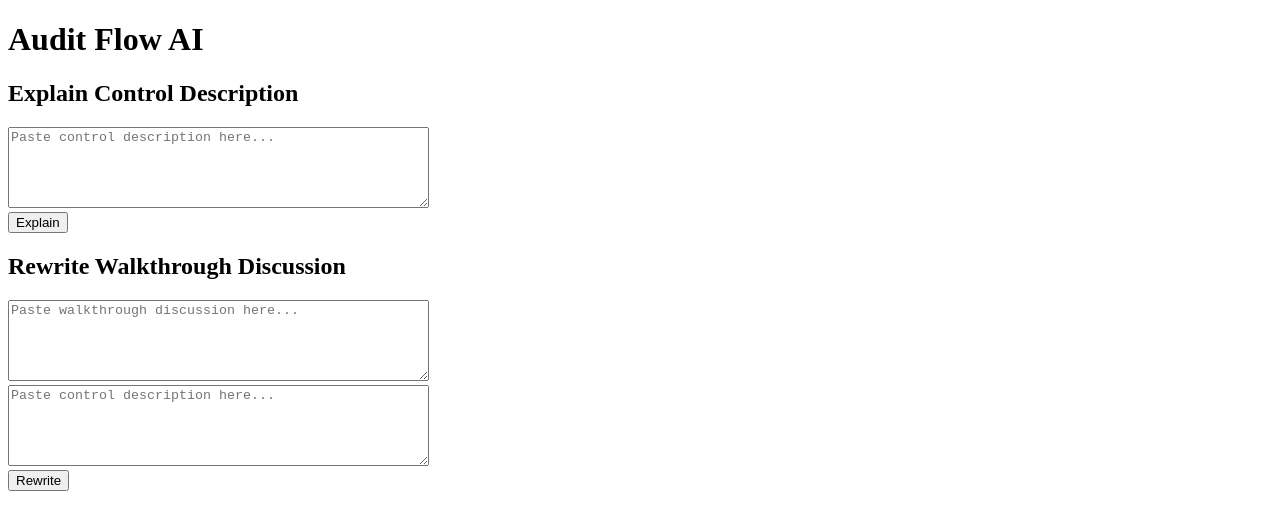
Repository: Adeolaode0/Audit-Flow-AI
Page: http://localhost/
An editor plug-in stored every save of this project. The page is shown before and after the next save, followed by the edit.
The browser window is 1280 px wide. The pictures show the whole page.
The page is served by the project's application, run on Flask 3 (app.py).

Above is the page before, as saved 2025-07-11 00:46:48.

### templates/index.html
<!-- filepath: /Users/developer/Desktop/Programing /My Applications/Audit Flow AI/templates/index.html -->

<!DOCTYPE html>
<html lang="en">
<head>
    <meta charset="UTF-8">
    <meta name="viewport" content="width=device-width, initial-scale=1.0">
    <title>Audit Flow AI</title>
</head>
<body>
    <h1>Audit Flow AI</h1>

    <section>
        <h2>Explain Control Description</h2>
        <textarea id="control-description" rows="5" cols="50" placeholder="Paste control description here..."></textarea><br>
        <button onclick="explainControl()">Explain</button>
        <p id="explanation-result"></p>
    </section>

    <section>
        <h2>Rewrite Walkthrough Discussion</h2>
        <textarea id="walkthrough-discussion" rows="5" cols="50" placeholder="Paste walkthrough discussion here..."></textarea><br>
        <textarea id="control-description-rewrite" rows="5" cols="50" placeholder="Paste control description here..."></textarea><br>
        <button onclick="rewriteWalkthrough()">Rewrite</button>
        <p id="rewrite-result"></p>
    </section>

    <script>
        async function explainControl() {
            const controlDescription = document.getElementById("control-description").value;
            const response = await fetch("/api/explain", {
                method: "POST",
                headers: { "Content-Type": "application/json" },
                body: JSON.stringify({ control_description: controlDescription })
            });
            const result = await response.json();
            document.getElementById("explanation-result").innerText = result.explanation || result.error;
        }

        async function rewriteWalkthrough() {
            const controlDescription = document.getElementById("control-description-rewrite").value;
            const walkthroughDiscussion = document.getElementById("walkthrough-discussion").value;
            const response = await fetch("/api/rewrite-walkthrough", {
                method: "POST",
                headers: { "Content-Type": "application/json" },
                body: JSON.stringify({ control_description: controlDescription, walkthrough_discussion: walkthroughDiscussion })
            });
            const result = await response.json();
            document.getElementById("rewrite-result").innerText = result.narrative || result.error;
        }
    </script>
</body>
</html>

### app.py
from flask import Flask, request, jsonify, render_template
import openai
import os
from dotenv import load_dotenv

# Load environment variables
load_dotenv()
openai.api_key = os.getenv("OPENAI_API_KEY")

app = Flask(__name__)

@app.route("/")
def index():
    return render_template("index.html")

@app.route("/api/explain", methods=["POST"])
def explain_control():
    try:
        data = request.json
        control_description = data.get("control_description", "")

        if not control_description:
            return jsonify({"error": "Control description is required"}), 400

        response = openai.ChatCompletion.create(
            model="gpt-4",
            messages=[
                {"role": "system", "content": "You are a helpful assistant that explains concepts in simple terms."},
                {"role": "user", "content": f"Explain the following control description in a way a 5th grader can understand: {control_description}"}
            ]
        )

        explanation = response["choices"][0]["message"]["content"]
        return jsonify({"explanation": explanation})

    except Exception as e:
        return jsonify({"error": str(e)}), 500

@app.route("/api/rewrite-walkthrough", methods=["POST"])
def rewrite_walkthrough():
    try:
        data = request.json
        control_description = data.get("control_description", "")
        walkthrough_discussion = data.get("walkthrough_discussion", "")

        if not control_description or not walkthrough_discussion:
            return jsonify({"error": "Both control description and walkthrough discussion are required"}), 400

        response = openai.ChatCompletion.create(
            model="gpt-4",
            messages=[
                {"role": "system", "content": "You are a helpful assistant that rewrites discussions into clean audit narratives."},
                {"role": "user", "content": f"Rewrite the following walkthrough discussion into a clean audit narrative based on this control description:\n\nControl Description: {control_description}\n\nWalkthrough Discussion: {walkthrough_discussion}"}
            ]
        )

        narrative = response["choices"][0]["message"]["content"]
        return jsonify({"narrative": narrative})

    except Exception as e:
        return jsonify({"error": str(e)}), 500

if __name__ == "__main__":
    print("Starting Flask app...")
    app.run(host="0.0.0.0", port=5000, debug=True)

After the next save:
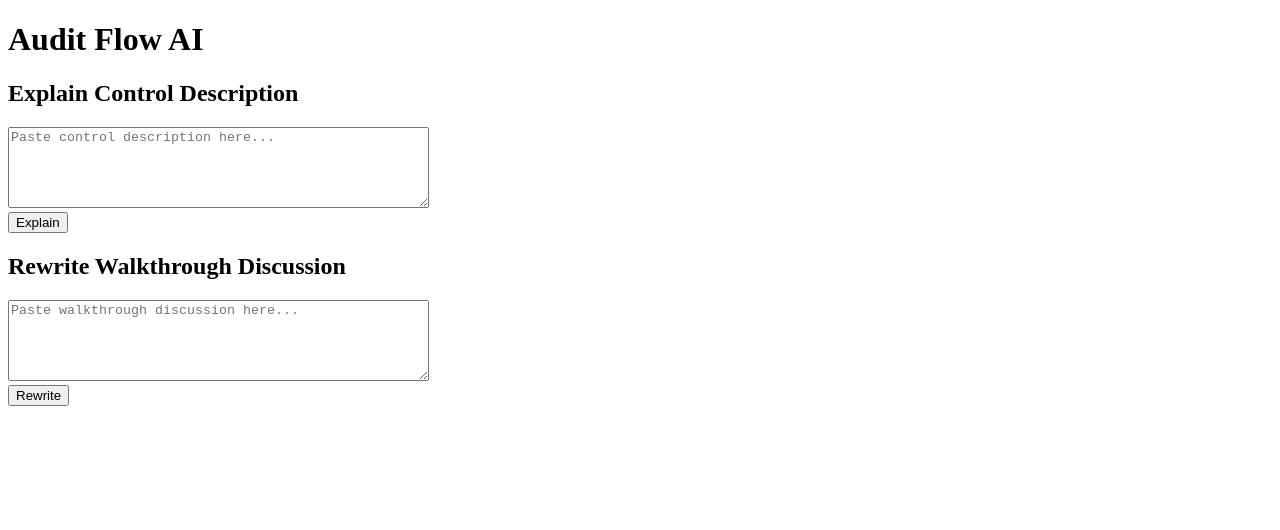
Saved 9 min 24 s later.
--- a/templates/index.html
+++ b/templates/index.html
@@ -1,5 +1,3 @@
-<!-- filepath: /Users/developer/Desktop/Programing /My Applications/Audit Flow AI/templates/index.html -->
-
 <!DOCTYPE html>
 <html lang="en">
 <head>
@@ -20,7 +18,6 @@
     <section>
         <h2>Rewrite Walkthrough Discussion</h2>
         <textarea id="walkthrough-discussion" rows="5" cols="50" placeholder="Paste walkthrough discussion here..."></textarea><br>
-        <textarea id="control-description-rewrite" rows="5" cols="50" placeholder="Paste control description here..."></textarea><br>
         <button onclick="rewriteWalkthrough()">Rewrite</button>
         <p id="rewrite-result"></p>
     </section>
@@ -38,7 +35,7 @@
         }
 
         async function rewriteWalkthrough() {
-            const controlDescription = document.getElementById("control-description-rewrite").value;
+            const controlDescription = document.getElementById("control-description").value;
             const walkthroughDiscussion = document.getElementById("walkthrough-discussion").value;
             const response = await fetch("/api/rewrite-walkthrough", {
                 method: "POST",
